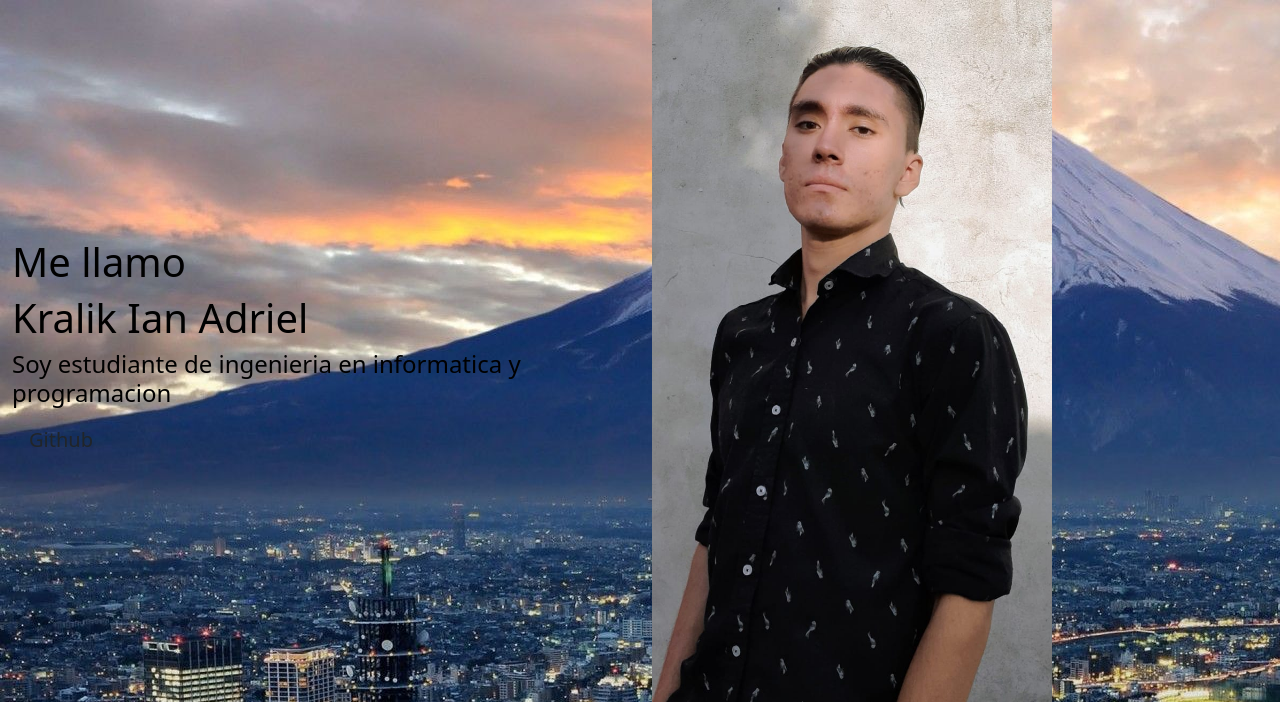
Repository: IanKralik/repositorio-de-prueba
Page: Prueba/index.html
The author's editor kept a copy of each file at every save. The page is drawn from the files as they stood at one save, then again after the next save.
The browser window is 1280 px wide. The pictures show the whole page.

Above is the page before, as saved 2022-12-06 17:19:08.

After the next save:
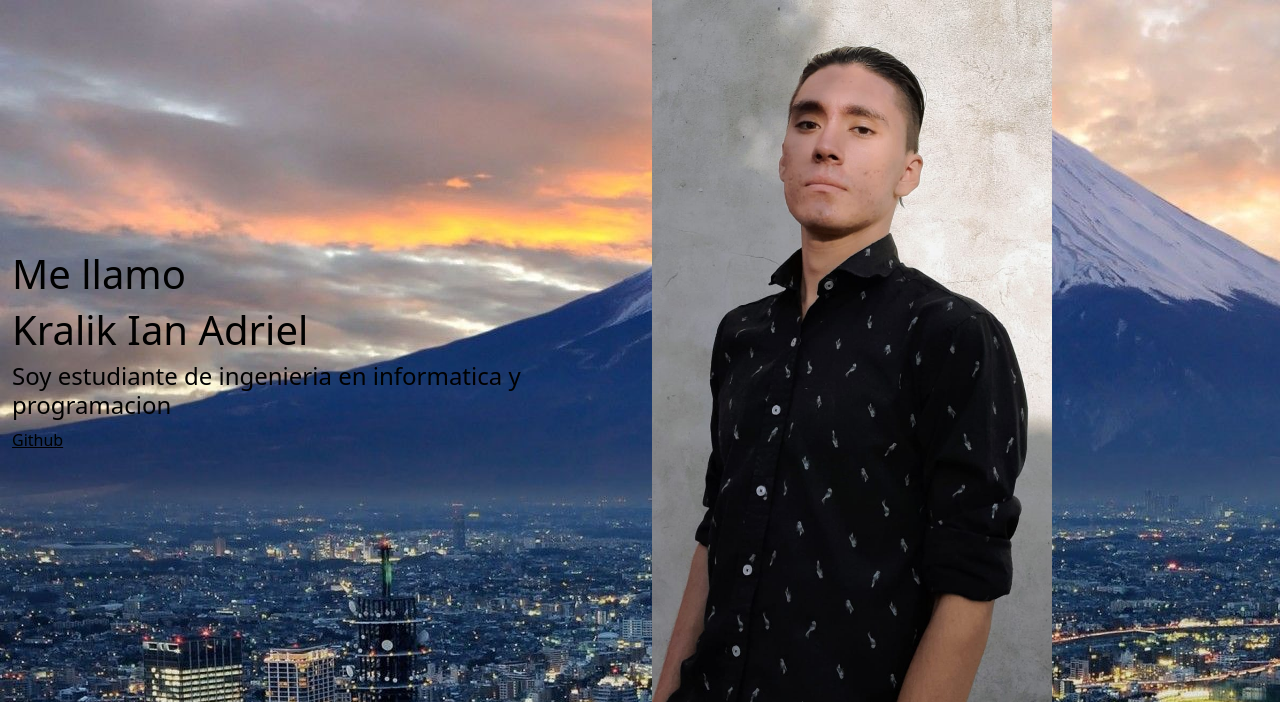
Saved 82 s later.
--- a/Prueba/index.html
+++ b/Prueba/index.html
@@ -24,7 +24,7 @@
                             <div class="row-10 espacio-superior d-flex justify-content-center">
                             </div>
                     </div>
-                    <a   type="button"  class="btn color-primario btn-lg" href="https://github.com/IanKralik">Github</a>
+                    <a   type="button"  class="color" href="https://github.com/IanKralik">Github</a>
                     </div>
                 <div class="col align-items-end">
                     <img src="fotoian.jpg" class="img-fluid" alt="Mi foto de perfil" width="400" height="500">
